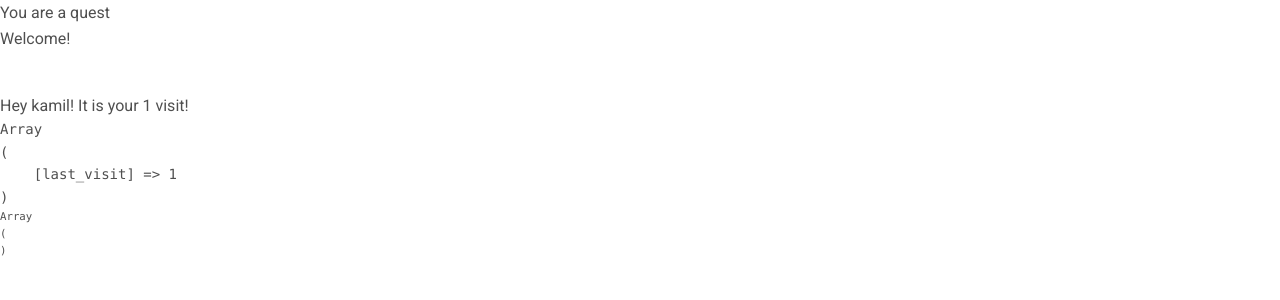
Repository: mahoone/revising_php
Page: http://localhost/
An editor plug-in stored every save of this project. The page is shown before and after the next save, followed by the edit.
The browser window is 1280 px wide. The pictures show the whole page.
Some web libraries are served in a nearby version. The page is run by PHP 8.4 with error messages shown; the project is at /var/www/html/.

Above is the page before, as saved 2020-06-27 18:20:12.

After the next save:
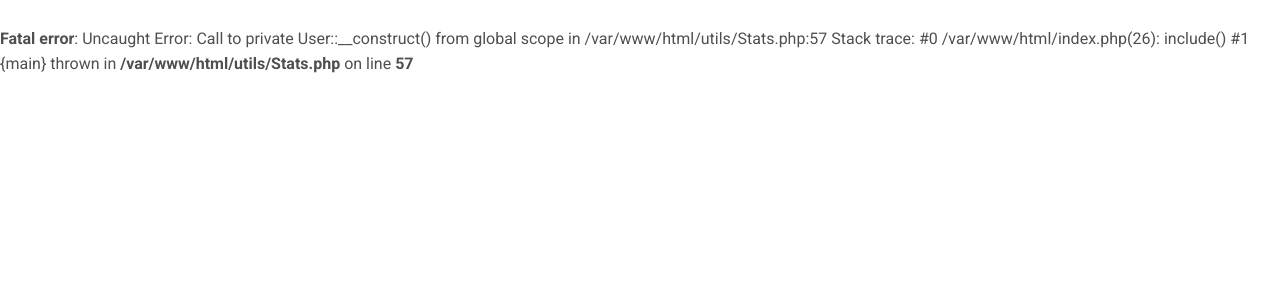
Saved 10 min 46 s later.
--- a/utils/Stats.php
+++ b/utils/Stats.php
@@ -5,6 +5,11 @@ class User {
 
     private $user_name;
     private $user_password;
+
+    private function __construct($name, $password) {
+        $this->user_name = $name;
+        $this->user_password = $password;
+    }
 
     public function setUser($name, $password) {
         $this->user_name = $name;
